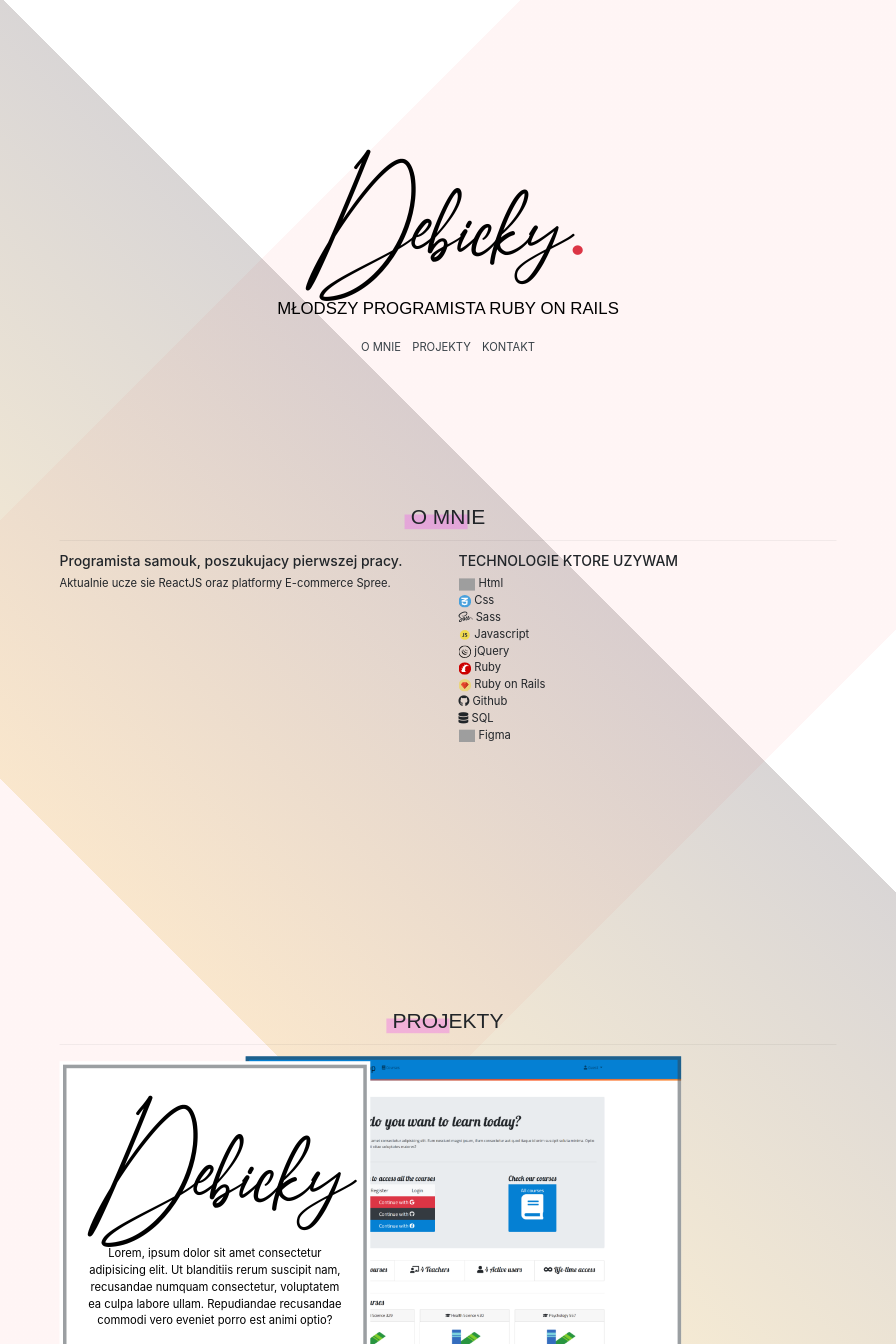
Repository: debicky/debicky.github.io
Page: index.html
These files come from the project's save history. The page is drawn as it stood at one moment and after the next save; the edit follows.
The browser window is 1280 px wide. The pictures show the part of the page from y = 0 to 1920 px (the page is 4035 px tall before and 4047 px after), at 70% of full size.
Pictures or frames that could not be fetched are drawn as grey boxes. Some web fonts or font styles are not loaded; a fallback is used. Some web libraries are served in a nearby version.

Above is the page before, as saved 2020-06-14 17:20:18.

After the next save:
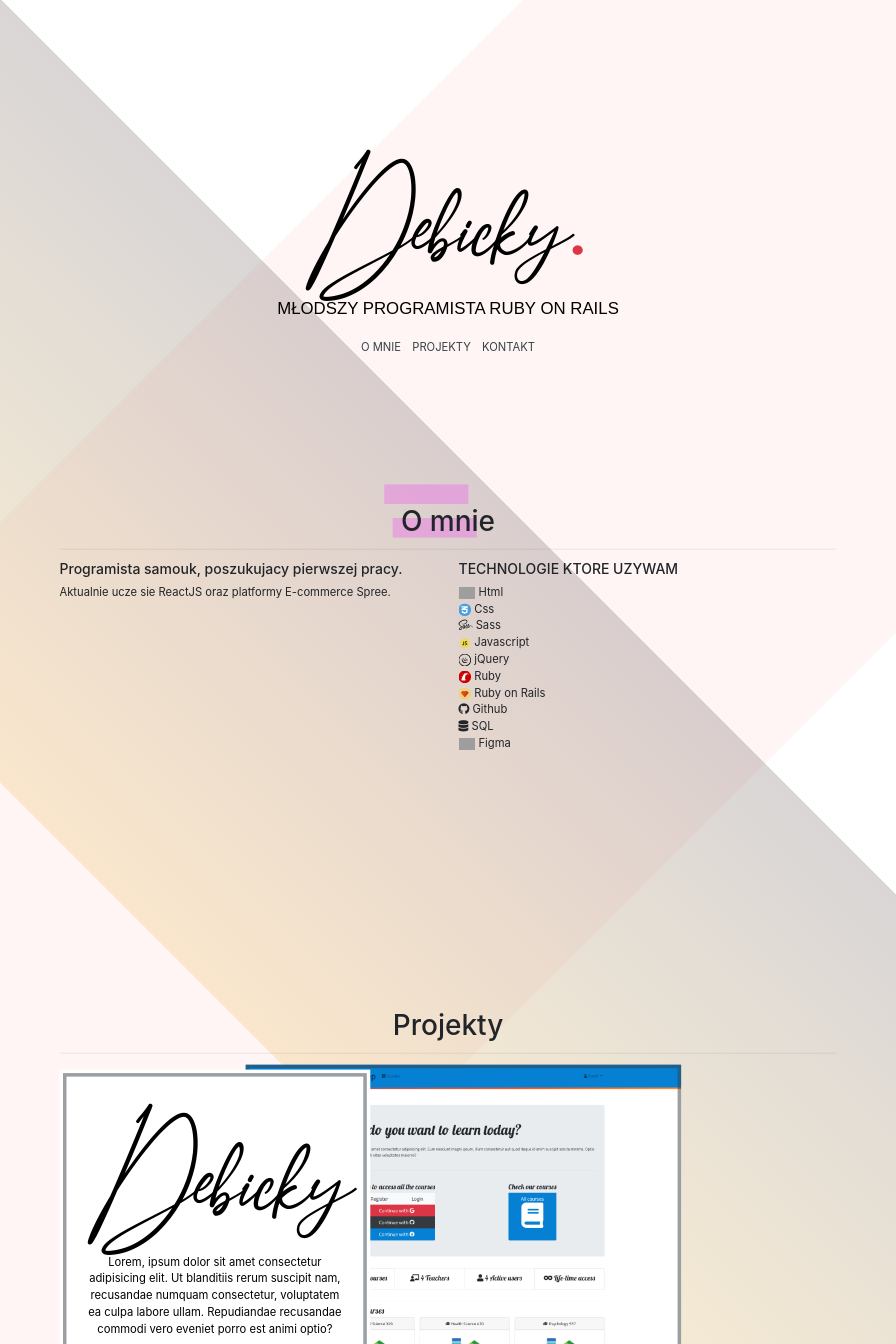
Saved 6 s later.
--- a/styles.css
+++ b/styles.css
@@ -167,6 +167,7 @@
   opacity: .7;
 }
 
+section headers
 
 section h1{
   font-family: 'Playfair Display SC', sans-serif;

After the save that followed:
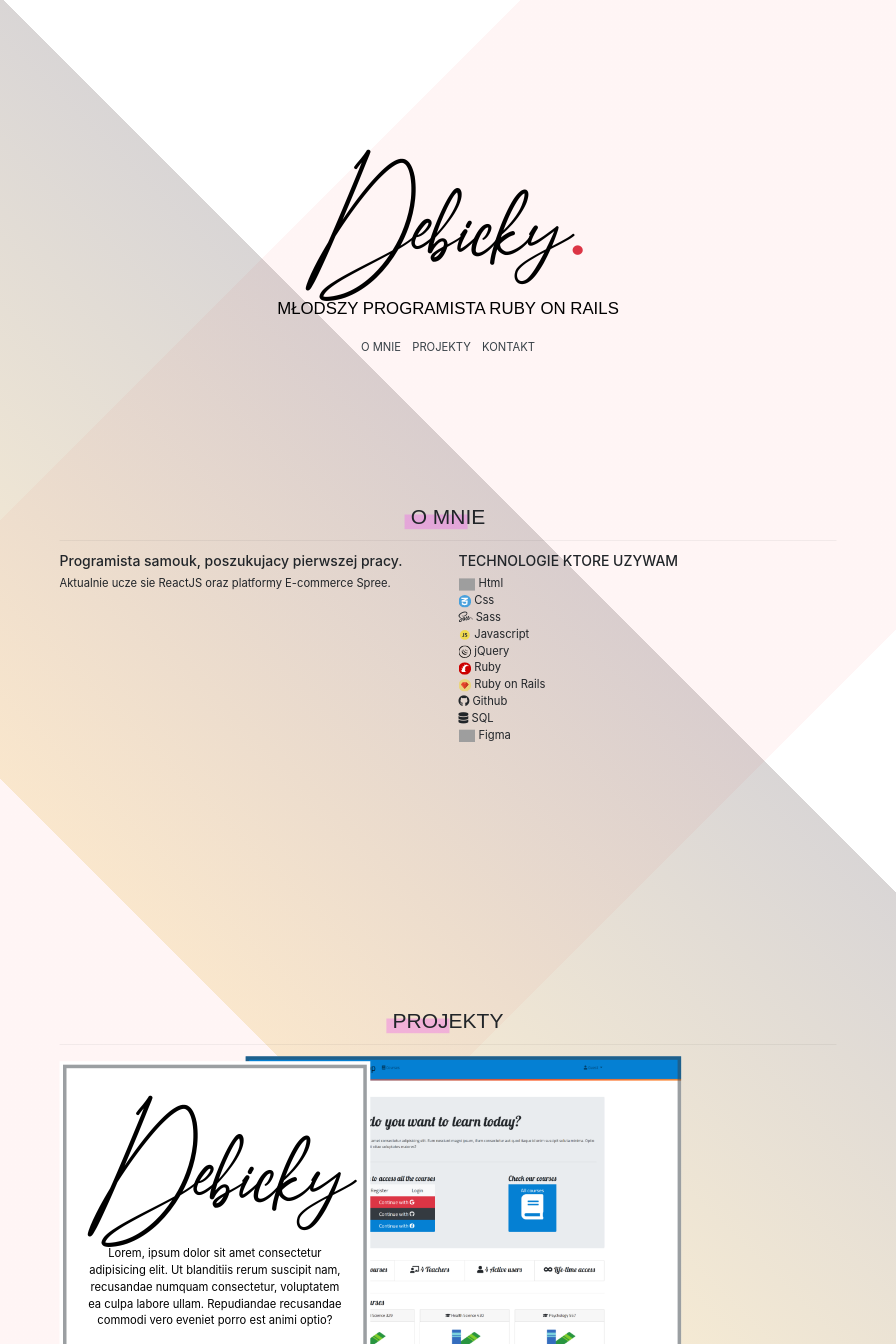
Saved 4 s later.
--- a/styles.css
+++ b/styles.css
@@ -167,7 +167,7 @@
   opacity: .7;
 }
 
-section headers
+/* section headers */
 
 section h1{
   font-family: 'Playfair Display SC', sans-serif;
